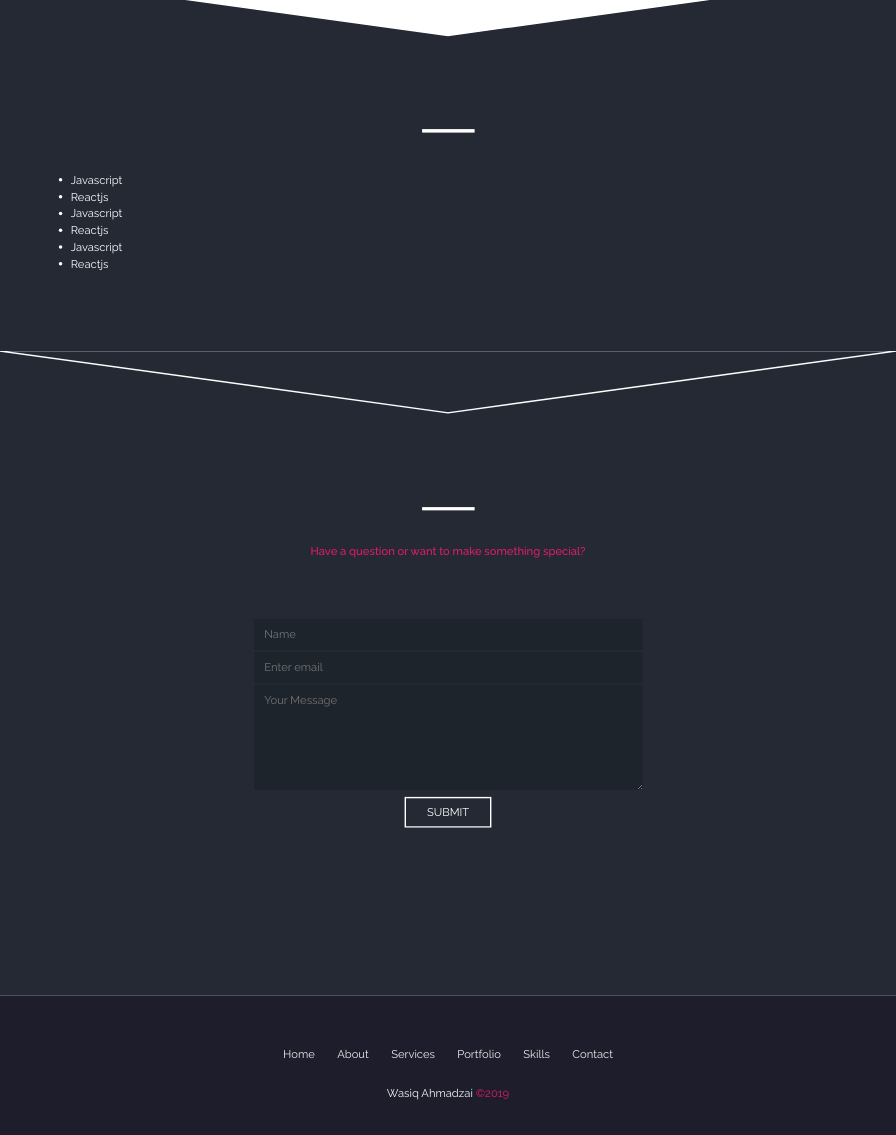
Repository: wasiqkhan/wasiqkhan.github.io
Page: index.html
The author's editor kept a copy of each file at every save. The page is drawn from the files as they stood at one save, then again after the next save.
The browser window is 1280 px wide. The pictures show the part of the page from y = 3919 to 5839 px (the page is 5541 px tall before and 5898 px after), at 70% of full size.
Some web fonts or font styles are not loaded; a fallback is used.

Above is the page before, as saved 2020-11-06 16:51:48.
Not found: js/all.js
Not found: js/app.js
Not found: js/particles.js

After the next save:
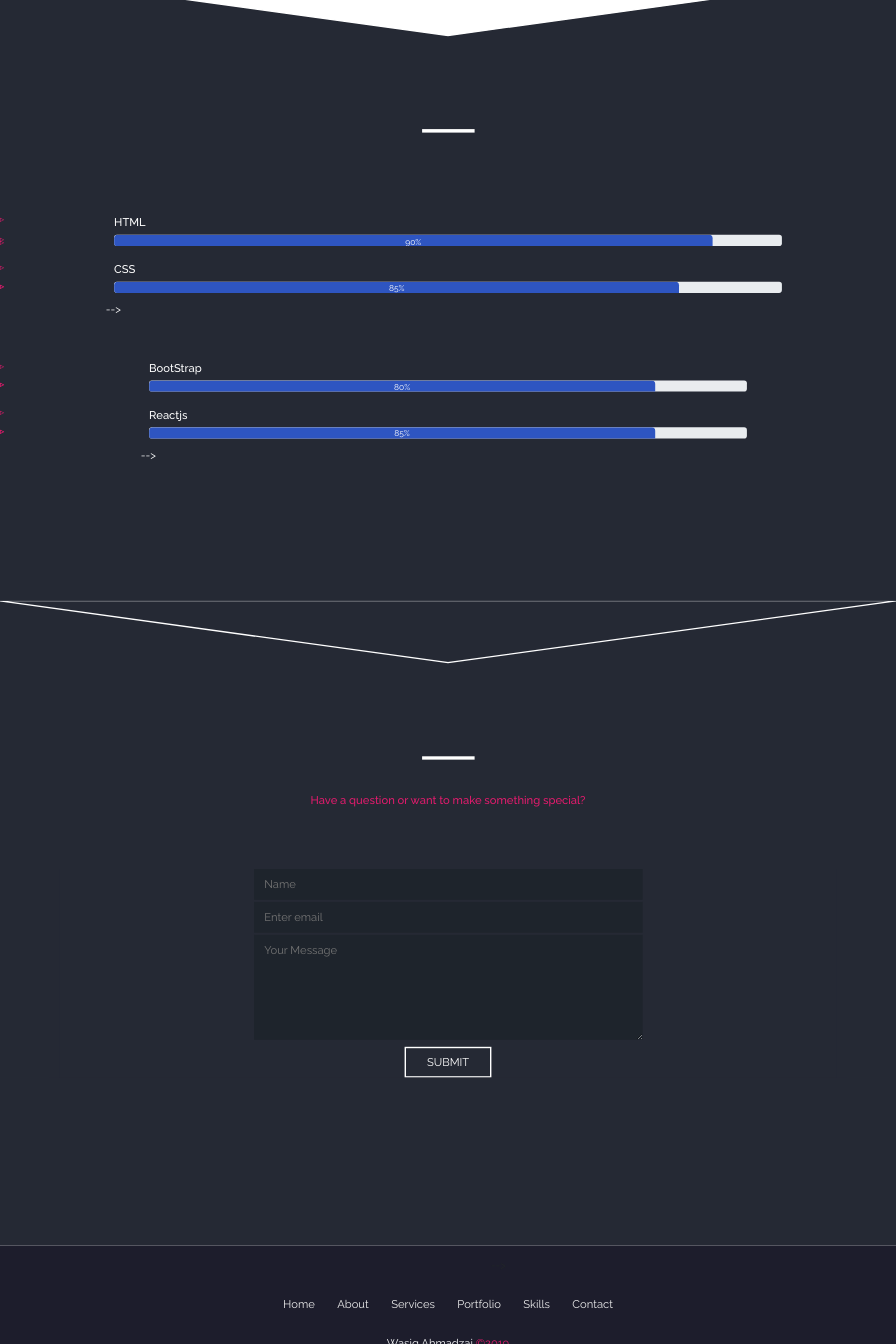
Saved 55 s later.
--- a/index.html
+++ b/index.html
@@ -327,16 +327,11 @@
         </ul> -->
         <div class="container">
           <div class="skill-items">
-            <ul class="skill-set">
-              <li>Javascript</li>
-              <li>Reactjs</li>
-              <li>Javascript</li>
-              <li>Reactjs</li>
-              <li>Javascript</li>
-              <li>Reactjs</li>
-
-
-              <!-- <div class="skill-item filter frontend">
+            <ul class="skill-group">
+
+
+
+              <div class="skill-item filter frontend">
                 <h6>HTML</h6>
 
                 <div class="progress">
@@ -356,9 +351,9 @@
                   </div>
                 </div>
               </div> -->
-            </ul>
-            <!-- <div class="skill-group"> -->
-              <!-- <div class="skill-item filter frontend">
+
+            <div class="skill-group">
+               <div class="skill-item filter frontend">
                 <h6>BootStrap</h6>
                 <div class="progress">
                   <div
@@ -380,7 +375,7 @@
                     </div>
                   </div>
                 </div> -->
-            <!-- </div> -->
+            </div>
           </div>
         </div>
         <!-- <div class="container">
